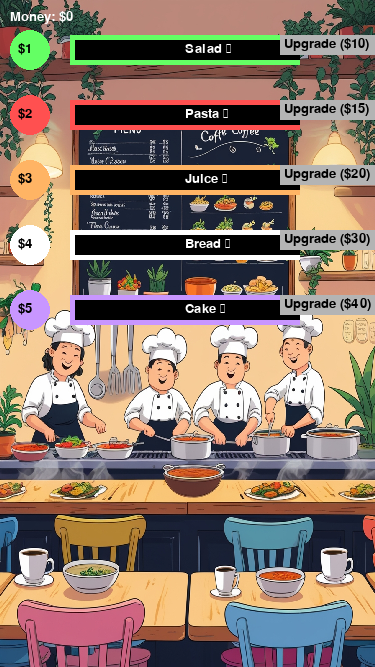
Repository: jontslater/idleclicker
Script's output: python main.py
An editor plug-in stored every save of this project. The script's output is shown before and after the next save, followed by the edit.
The window is shown after at most 60 frames with no key pressed. Random numbers start from a fixed seed. It also reads Leonardo_Phoenix_10_A_cozy_cartoonstyle_restaurant_interior_wa_1.jpg.

Above is the script's output before, as saved 2025-04-20 11:30:51.

After the next save:
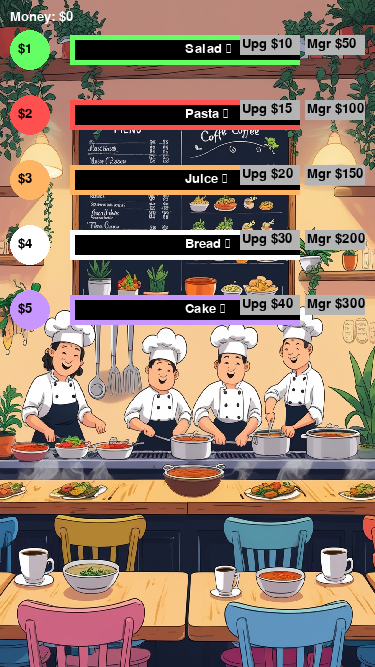
Saved 2 min 2 s later.
--- a/main.py
+++ b/main.py
@@ -1,12 +1,15 @@
 import pygame
 
 pygame.init()
-# Phone dimensions (for a more realistic phone screen)
+
+# Screen setup (phone dimensions)
 screen = pygame.display.set_mode([375, 667])
 pygame.display.set_caption('Idle Restaurant')
 
+# Load and scale background
 background_img = pygame.image.load("c:/Users/lisaa/workspace/idleclicker/Leonardo_Phoenix_10_A_cozy_cartoonstyle_restaurant_interior_wa_1.jpg").convert()
 background_img = pygame.transform.scale(background_img, (375, 667))
+background = background_img
 
 # Colors
 red = (255, 80, 80)
@@ -16,20 +19,16 @@ white = (255, 255, 255)
 black = (0, 0, 0)
 purple = (200, 150, 255)
 gray = (180, 180, 180)
-dark_gray = (70, 70, 70)
 
-screen = pygame.display.set_mode([375, 667])
-pygame.display.set_caption('Idle Restaurant')
-background = background_img
+# Font and clock
+font = pygame.font.Font(None, 20)
 framerate = 60
-font = pygame.font.Font(None, 20)
 timer = pygame.time.Clock()
 
 # Game values
 score = 0
 
 # Station data
-# Add 'manager_level' to each station
 stations = [
     {"name": "Salad 🥗", "color": green, "value": 1, "speed": 5, "length": 0, "draw": False, "auto": False, "upgrade_cost": 10, "manager_cost": 50, "manager_level": 0},
     {"name": "Pasta 🍝", "color": red, "value": 2, "speed": 4, "length": 0, "draw": False, "auto": False, "upgrade_cost": 15, "manager_cost": 100, "manager_level": 0},
@@ -41,11 +40,11 @@ stations = [
 
 def draw_station(station, y):
     global score
-    # Auto-run if manager purchased
+
     if station["auto"]:
         station["draw"] = True
 
-    # Progress bar logic
+    # Progress logic
     if station["draw"] and station["length"] < 200:
         station["length"] += station["speed"]
     elif station["draw"] and station["length"] >= 200:
@@ -53,86 +52,73 @@ def draw_station(station, y):
         station["length"] = 0
         score += station["value"]
 
-    # Draw icon
+    # Icons and progress bar
     pygame.draw.circle(screen, station["color"], (30, y), 20)
-    pygame.draw.rect(screen, station["color"], [70, y - 15, 230, 30])  # Widened progress bar
-    pygame.draw.rect(screen, black, [75, y - 10, 225, 20])  # Black border for the bar
-    pygame.draw.rect(screen, station["color"], [70, y - 15, station["length"], 30])  # Progress fill
+    pygame.draw.rect(screen, station["color"], [70, y - 15, 230, 30])
+    pygame.draw.rect(screen, black, [75, y - 10, 225, 20])
+    pygame.draw.rect(screen, station["color"], [70, y - 15, station["length"], 30])
 
-    # Draw the name inside the progress bar
+    # Text and buttons
     label = font.render(station["name"], True, white)
-    screen.blit(label, (70 + (230 - station["length"]) // 2, y - 8))  # Centered text
+    screen.blit(label, (70 + (230 - station["length"]) // 2, y - 8))
 
     value_text = font.render(f"${station['value']}", True, black)
     screen.blit(value_text, (18, y - 8))
 
-    # Buttons: upgrade and manager
-    upg_btn = pygame.Rect(280, y - 15, 100, 20)
-    mgr_btn = pygame.Rect(390, y - 15, 100, 20)
+    # Buttons
+    upg_btn = pygame.Rect(240, y - 15, 60, 20)
+    mgr_btn = pygame.Rect(305, y - 15, 60, 20)
 
     pygame.draw.rect(screen, gray, upg_btn)
     pygame.draw.rect(screen, gray, mgr_btn)
 
-    upg_label = font.render(f"Upgrade (${station['upgrade_cost']})", True, black)
-    mgr_label = font.render(f"Manager (${station['manager_cost']})", True, black)
-    screen.blit(upg_label, (upg_btn.x + 4, upg_btn.y + 2))
-    screen.blit(mgr_label, (mgr_btn.x + 4, mgr_btn.y + 2))
+    upg_label = font.render(f"Upg ${station['upgrade_cost']}", True, black)
+    mgr_label = font.render(f"Mgr ${station['manager_cost']}", True, black)
+    screen.blit(upg_label, (upg_btn.x + 2, upg_btn.y + 2))
+    screen.blit(mgr_label, (mgr_btn.x + 2, mgr_btn.y + 2))
 
     return pygame.Rect(10, y - 20, 40, 40), upg_btn, mgr_btn
+
 
 running = True
 while running:
     timer.tick(framerate)
     screen.blit(background, (0, 0))
 
-    # Events
+    # Draw stations and cache button rects
+    station_rects = []
+    for i, station in enumerate(stations):
+        task_y = 50 + i * 65
+        rects = draw_station(station, task_y)
+        station_rects.append(rects)
+
+    # Score display
+    money_text = font.render(f"Money: ${round(score, 2)}", True, white)
+    screen.blit(money_text, (10, 10))
+
+    pygame.display.update()
+
+    # Event handling
     for event in pygame.event.get():
         if event.type == pygame.QUIT:
             running = False
 
         if event.type == pygame.MOUSEBUTTONDOWN:
             for i, station in enumerate(stations):
-                task_y = 50 + i * 65  # Adjusted spacing
-                task_rect, upg_rect, mgr_rect = draw_station(station, task_y)
+                task_rect, upg_rect, mgr_rect = station_rects[i]
 
-                # Manual click for non-automated stations
                 if task_rect.collidepoint(event.pos) and not station["auto"]:
                     station["draw"] = True
 
-                # Upgrade button clicked
                 if upg_rect.collidepoint(event.pos) and score >= station["upgrade_cost"]:
                     score -= station["upgrade_cost"]
                     station["speed"] += 1
                     station["upgrade_cost"] += 10
 
-                # Manager button clicked
-                # Manager button clicked
                 if mgr_rect.collidepoint(event.pos) and score >= station["manager_cost"]:
                     score -= station["manager_cost"]
                     station["auto"] = True
                     station["manager_level"] += 1
-                    station["manager_cost"] = int(station["manager_cost"] * 1.5)  # Increase cost for next time
-
-
-    # Auto-progress for stations with managers
-    for station in stations:
-        if station["auto"]:
-            if station["length"] < 200:  # The station will progress automatically
-                station["length"] += station["speed"]
-            elif station["length"] >= 200:
-                station["length"] = 0  # Reset progress after reaching max
-                score += station["value"]  # Earn money for fully processed items
-
-    # Draw stations
-    for i, station in enumerate(stations):
-        draw_station(station, 50 + i * 65)
-
-    # Score display
-    money_text = font.render(f"Money: ${round(score, 2)}", True, white)
-    screen.blit(money_text, (10, 10))
-    mgr_label = font.render(f"Manager Lv{station['manager_level']} (${station['manager_cost']})", True, black)
-
-
-    pygame.display.update()
+                    station["manager_cost"] = int(station["manager_cost"] * 1.5)
 
 pygame.quit()
